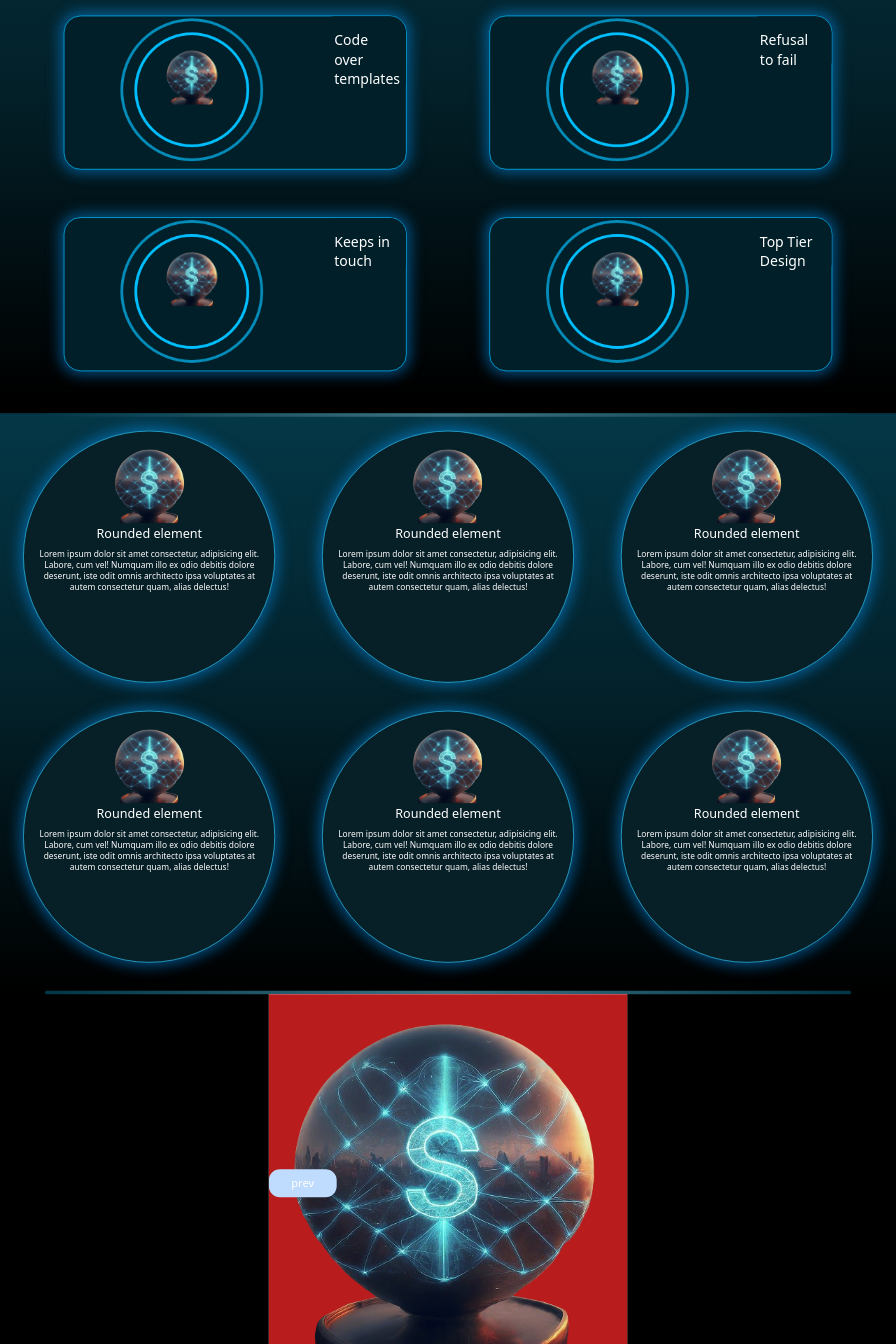
Repository: TMuse333/q3-desings2
Page: /
An editor plug-in stored every save of this project. The page is shown before and after the next save, followed by the edit.
The browser window is 1280 px wide. The pictures show the part of the page from y = 1046 to 2966 px (the page is 2966 px tall), at 70% of full size.
The project was rebuilt for these pictures with package versions that can differ from the ones it lists, and the page was loaded fresh each time. Also part of the build but not shown: vite.config.ts.

Above is the page before, as saved 2024-05-11 13:46:13.

### src/main.tsx
import React from 'react'
import ReactDOM from 'react-dom/client'
import App from './App.js'
import './index.css'
import {ContextProvider} from './context/context'

ReactDOM.createRoot(document.getElementById('root')!).render(
  <ContextProvider>
  <React.StrictMode>
    <App />
  </React.StrictMode>
  </ContextProvider>,
)

### src/App.tsx


import './App.css'

import Homepage from './components/homepage/homepage'

function App() {


  return (
    <>
<Homepage/>
    </>
  )
}

export default App

### src/index.css
@tailwind base;
@tailwind components;
@tailwind utilities;

#root{
    background-color: black;
    height:100vh;
}

body{
    background-color: black;
}

button{
    padding:0.5rem 2rem;
    background-color: black;
    color:white;
    border-radius: 1rem;
}

h1{
    color:white;
    font-size: 2rem;
}

p{
    color:white;
    /* font-size: 1.5rem; */
}

button{
    background-color: #00769e;
}

.glow {
    box-shadow: 0 0 20px 5px #3e7384;
    box-shadow: 0 0 20px 5px #003647;
box-shadow: 0 0 20px 5px rgba(2, 148, 245, 0.5);
}

.glow:hover{
    box-shadow: 0 0 40px 5px rgba(2, 148, 245, 0.5);
}

### src/context/context.tsx
import React, { createContext, useState, useContext, ReactNode, useEffect } from 'react';

// Define the type for the context value
interface GeneralContextType {
  textYPosition: number;
  setTextYPosition: React.Dispatch<React.SetStateAction<number>>;
  isMobile: boolean;
  setIsMobile: React.Dispatch<React.SetStateAction<boolean>>;
  setSecondCircleComplete:React.Dispatch<React.SetStateAction<boolean[]>>;
  secondCircleComplete: boolean[];
  isMobile2: boolean;
  setIsMobile2: React.Dispatch<React.SetStateAction<boolean>>;
  handleCircleComplete: (index: number, value: boolean) => void;
}

// Create the context
export const GeneralContext = createContext<GeneralContextType | undefined>(undefined);

// Create a provider component
export const ContextProvider: React.FC<{ children: ReactNode }> = ({ children }) => {
  // Initialize the value state
  const [textYPosition, setTextYPosition] = useState<number>(0);

  // Detect mobile devices
  const [isMobile, setIsMobile] = useState<boolean>(window.innerWidth <= 655);

  const [isMobile2, setIsMobile2] = useState<boolean>(window.innerWidth <= 655);

  const [secondCircleComplete, setSecondCircleComplete] = useState<boolean[]>(
    Array.from({ length: 7 }, () => false)
  );

  const handleCircleComplete = (index: number, value: boolean) => {
    setSecondCircleComplete((prev) => {
      const newState = [...prev]; // Create a copy of the previous state array
      newState[index] = value; // Update the value at the specified index
      return newState; // Return the new state array
    });
  };



  useEffect(() => {
    const handleScroll = () => {
      setIsMobile(window.innerWidth <= 655);
    };
    window.addEventListener('scroll', handleScroll);
    handleScroll();

    return () => {
      window.removeEventListener('scroll', handleScroll);
    };
  }, []);

  useEffect(() => {
    const handleScroll = () => {
      setIsMobile2(window.innerWidth <= 400);
    };
    window.addEventListener('scroll', handleScroll);
    handleScroll();

    return () => {
      window.removeEventListener('scroll', handleScroll);
    };
  }, []);

  useEffect(() => {
    console.log('is mobile', isMobile);
  }, [isMobile]);

  const contextValue = {
    textYPosition,
    setTextYPosition,
    isMobile,
    setIsMobile,
    secondCircleComplete,
    setSecondCircleComplete,
    isMobile2,
    setIsMobile2,
    handleCircleComplete
  };

  return <GeneralContext.Provider value={contextValue}>{children}</GeneralContext.Provider>;
};

export const useGeneralContext = (): GeneralContextType => {
  const context = useContext(GeneralContext);
  if (!context) {
    throw new Error('useGeneralContext must be used within a ContextProvider');
  }
  return context;
};

### src/App.css
#root {
  max-width: 1280px;
  margin: 0 auto;
  padding: 2rem;
  text-align: center;
}

.logo {
  height: 6em;
  padding: 1.5em;
  will-change: filter;
  transition: filter 300ms;
}
.logo:hover {
  filter: drop-shadow(0 0 2em #646cffaa);
}
.logo.react:hover {
  filter: drop-shadow(0 0 2em #61dafbaa);
}

.h1{
  color:red;
}

@keyframes logo-spin {
  from {
    transform: rotate(0deg);
  }
  to {
    transform: rotate(360deg);
  }
}

@media (prefers-reduced-motion: no-preference) {
  a:nth-of-type(2) .logo {
    animation: logo-spin infinite 20s linear;
  }
}

.card {
  padding: 2em;
}

.read-the-docs {
  color: #888;
}

### src/components/homepage/homepage.tsx
import React from "react";
import { CircleInfoGraphic } from "../circleInfographic/circleInfoGraphic";
import Content from "../content/content";
import q3 from '../../media/q3-visuals-logo-2.png'
import TextFormat from "../textFormat/textFormat";

// import { TextParallaxContentExample } from "../parallaxText/parallaxText";
import MultiLayerParallax from "../mountainParallax/mountainParallax";
import ParticlesComponent from "../particles/particles";
import nobgLaptop from '../../media/Gemini_Generated_Image_r055a1r055a1r055-removebg-preview.png'
import moneyBall from '../../media/futuristic-money-ball-removebg-preview.png'
import { description1 } from "../../data/data";
import AlternatingText from "../alternatingText/alternatingText";

import CircleList from "../circleListElement/circleList";
import Carousel from "../carousel/carousel";


const Homepage: React.FC = () => {

    const images = [
        moneyBall,
        nobgLaptop,
        q3
    ]


    // useEffect(() => {
    //     const loadTime = window.performance.timing.loadEventEnd - window.performance.timing.navigationStart;
    //     console.log('Page load time:', loadTime, 'milliseconds');
    // }, []);



    return (
        <section className="absolute top-0 left-0 w-screen">


            {/* <ParticlesComponent/> */}
            <MultiLayerParallax/>

            {/* <TextParallaxContentExample/> */}

            {/* <Content
            mainTitle='Your digital presence is important'
            image={nobgLaptop}
            customText={null}
            reverse={true}
            description={description1}
            floatingImage={true}
            hasAnimation={true}
            />

            <AlternatingText/>

            <Content
            mainTitle='Benefits of a website'
            image={moneyBall}
            customText={<TextFormat
            isAnimated={true}
            reverse={false}/>}
            reverse={false}
            description={null}
            floatingImage={true}
            hasAnimation={true}

            /> */}



<div className="relative bg-gradient-to-b from-[#043747] via-[#032029] to-transparent w-screen">
<CircleList/>
</div>

<div className="relative bg-gradient-to-b from-[#043747] via-[#032029] to-transparent w-screen">

<CircleInfoGraphic/>
</div>

{/* <div className="max-w-lg mr-auto ml-auto"> */}
<Carousel images={images}

/>
{/* </div> */}



        </section>
    )
}


export default Homepage

### src/components/circleInfographic/circleInfoGraphic.tsx
import React, {useState,useRef } from "react";
import ball from '../../media/futuristic-money-ball-removebg-preview.png'
import { motion,Variants} from 'framer-motion'
import useIntersectionObserver from "../intersectionObserver/intersectionObserver";
interface CircleProps {
    image:string
}

const CircleElement: React.FC<CircleProps> = ({image}) => {

    const [inView, setInView] = useState<boolean>(false)

    const options = {
        root: null,
        rootMargin: '-25px',
        threshold: 1,
    };

    // Apply intersection observer hook to detect when the component is in view
    const componentRef = useIntersectionObserver(setInView, options);

    const circleVariants:Variants =  {
        initial:{
            opacity:0,
            y:-60
        },
        animate:{
            opacity:1,
            y:0
        }
    }

    return (
        <motion.section
        ref={componentRef}
        variants={circleVariants}
        initial='initial'
        animate={inView ? 'animate' : 'initial'}
         className={`mt-5 mb-5
        rounded-full bg-[#071f26] hover:bg-[#0e3a47]
        mr-auto ml-auto transition-all
        h-[95vw] w-[95vw] border border-[#2dc0eb]
        flex flex-col  shadow-xl max-w-[360px]
        max-h-[360px]
        sm:w-[48vw] sm:h-[48vw]
        lg:w-[32vw] lg:h-[32vw]
        ${inView ? 'glow' : ''}`}>

            <div className="mt-4">
            <img className="w-[35vw]
            max-w-[115px] max-h-[115px] h-[35vw]
            sm:w-[10vw] sm:h-[10vw] object-cover
            mr-auto ml-auto"
            src={image}
            />
            <h1 className="text-3xl sm:text-lm lg:text-lg ">Rounded element</h1>
            <p className=" ml-auto mr-auto text-sm sm:text-xs pr-5 pl-5 pt-2">Lorem ipsum dolor sit amet consectetur, adipisicing elit. Labore, cum vel! Numquam illo ex odio debitis dolore deserunt, iste odit omnis architecto ipsa voluptates at autem consectetur quam, alias delectus!</p>
            </div>
        </motion.section>
    )
}


export const CircleInfoGraphic = () => {

    return (
        <>
          <div className="mt-5
        w-[90vw] h-[5px]
         bg-gradient-to-r from-[#003647] via-[#3e7384] to-[#003647]
        ml-auto mr-auto rounded-[200rem]
        ">

       </div>
        <section className={`flex
         justify-center flex-col items-center
          sm:grid sm:grid-cols-2 lg:grid-cols-3
           gap-4 lg:gap-0 w-screen max-w-[1500px]  ml-auto mr-auto
          `}>
            <CircleElement
            image={ball}/>
             <CircleElement
            image={ball}/>
                  <CircleElement
            image={ball}/>
             <CircleElement
            image={ball}/>
             <CircleElement
            image={ball}/>
                  <CircleElement
            image={ball}/>
        </section>
        <div className="mt-5
        w-[90vw] h-[5px]
         bg-gradient-to-r from-[#003647] via-[#3e7384] to-[#003647]
        ml-auto mr-auto rounded-[200rem]">

       </div>
       </>
    )
}

### src/components/mountainParallax/mountainParallax.tsx
import  { useRef } from "react";
import bottom from '../../media/bottom-mountain.png'

import full from '../../media/no-bg-mountain.png'
import q3 from '../../media/q3-words.png'
import { motion, useScroll, useTransform } from 'framer-motion'

export default function MultiLayerParallax() {
    const ref = useRef(null);
    const { scrollYProgress } = useScroll({
      target: ref,
      offset: ["start start", "end start"],
    });
    const backgroundY = useTransform(scrollYProgress, [0, 1], ["0%", "100%"]);
    const textY = useTransform(scrollYProgress, [0, 1], ["-20%", "200%"]);

    return (
      <div
        ref={ref}
        className="w-full h-screen overflow-hidden relative grid place-items-center"
      >
       {/* <motion.div className="z-10 relative"
         style={{ y: textY }}> */}
        <motion.img
style={{
    y:textY
}}
        src={q3}
          className="relative z-10 b"
        />
        {/* <motion.h1 className="relative z-10"
        style={{
            y:textY
        }}>
            slatry
        </motion.h1> */}


        <motion.p style={{
             y:textY
        }}
         className="text-white text-2xl relative z-10  mt-[-30rem] sm:-mt-[40rem]">Elevating Brands with discipline and creativity
         </motion.p>
         {/* </motion.div> */}


        <motion.div
          className="absolute inset-0 z-0"
          style={{
            backgroundImage: `url(${full})`,
            backgroundPosition: "bottom",
            backgroundSize: "cover",
            y: backgroundY,
          }}
        />
        <div
          className="absolute inset-0 z-20"
          style={{
            backgroundImage: `url(${bottom})`,
            backgroundPosition: "bottom",
            backgroundSize: "cover",
          }}
        />
      </div>
    );
  }

### src/components/circleListElement/circleList.tsx
import React, {useState} from "react";
import AppearingCircle from "../circleContent/appearingCircle";
import ball from '../../media/futuristic-money-ball-removebg-preview.png'
import {motion, Variants} from 'framer-motion'
import { useGeneralContext } from "../../context/context";
import laptop from '../../media/Gemini_Generated_Image_r055a1r055a1r055-removebg-preview.png'
import useIntersectionObserver from "../intersectionObserver/intersectionObserver";

interface CircleProps {
    image:string,
    title: string,
    description:string

    index:number
secondCircleComplete: boolean,
handleCircleComplete: (index: number, value: boolean) => void;
}

const CircleListElement: React.FC<CircleProps> = ({image,title, description,
    handleCircleComplete,secondCircleComplete,index
}) => {

    const [descriptionClicked, setDescriptionClicked] = useState<boolean>(false)

    function handleDescriptionClick() {
        setDescriptionClicked(!descriptionClicked)
    }





    const { isMobile }  = useGeneralContext()

    const headerVariants: Variants = {
        initial:{
            opacity:0,
            y: isMobile ? -20 : 0,
        },
        animate:{
            opacity:1,
            y:0,
            transition:{
                delay: 0.3
            }
        }

    }




    return (
        <div className=" relative flex glow justify-center  md:h-[220px]
        h-[220px] sm:h-[auto]
        md:flex-row w-[calc(100vw-5px)]  md:w-[40vw] sm2:w-[40vw] items-center sm:items-start mb-10 md:mt-3 bg-[#011f29]
        rounded-3xl max-w-[490px] ml-auto mr-auto border border-q-blue">
<AppearingCircle
secondCircleComplete={secondCircleComplete}
handleCircleComplete={handleCircleComplete}
image={image}
index={index}


/>
<section className="relative text-left pr-0 flex flex-col bg-[#011f29] rounded-3xl
h-auto min-h-0 max-h-full   items-center z-1">
<motion.h1
onClick={handleDescriptionClick}
variants={headerVariants}
initial={'initial'}
animate={secondCircleComplete ? 'animate' : 'initial'}
 className="text-white text-xl w-[80px]  ml-auto mr-auto mt-5
 "
>{title}
 </motion.h1>

<p className={`rounded-lg text-left mt-3 pl-3 pr-3 bg-blue-600 transition-height ease-in duration-300 bg-blue-800 ${descriptionClicked ? ' h-[220px] w-[125px] overflow-scroll pt-5 border-2 border-rose-500' : 'h-0 w-[125px]  overflow-hidden pt-0'}`}>
  {description}
</p>
</section>

        </div>
    )
}



const CircleList: React.FC = () => {

    const {secondCircleComplete, handleCircleComplete}
    = useGeneralContext()

    return (
        <>
        <h1>We get it done</h1>
 <section className="relative
         sm2:grid sm2:grid-cols-2 gap-4 max-w-[1200px] ml-auto
         mr-auto justify-center items-center
">
            {/* <div className="-translate-x-5"> */}
            <CircleListElement
            handleCircleComplete={handleCircleComplete}
            secondCircleComplete={secondCircleComplete[0]}
        index={0}
            image={ball}
            title='Absolute Tenacity'
            description='Be a man of your word'
            />
            {/* </div> */}
            <CircleListElement
            secondCircleComplete={secondCircleComplete[1]}
            handleCircleComplete={handleCircleComplete}
            index={1}
            image={laptop}

            title='Extreme Discipline'
            description='Gym. Code. Quantum Realm. Repeat'
            />

            <CircleListElement
            secondCircleComplete={secondCircleComplete[2]}
            handleCircleComplete={handleCircleComplete}
            index={2}
            image={ball}
            title='Code over templates'
            description='We are not template using pussies we write banging code'
            />

            <CircleListElement
            secondCircleComplete={secondCircleComplete[3]}
            handleCircleComplete={handleCircleComplete}
            index={3}
            image={ball}
            title='Refusal to fail'
            description='Gym. Code. Quantum Realm. Repeat'
            />

<CircleListElement
secondCircleComplete={secondCircleComplete[4]}
handleCircleComplete={handleCircleComplete}
index={4}
            image={ball}
            title='Keeps in touch'
            description='We are not template using pussies we write banging code'
            />

            <CircleListElement
            secondCircleComplete={secondCircleComplete[5]}
            handleCircleComplete={handleCircleComplete}
            index={5}
            image={ball}
            title='Top Tier Design'
            description='Gym. Code. Quantum Realm. Repeat'
            />



        </section>
        </>
    )
}

export default CircleList

### src/components/carousel/carousel.tsx
import React, {useState} from 'react'


interface CarouselProps {
    images:string[]
}


const Carousel:React.FC<CarouselProps> = ({images}) =>{

    const [imageIndex, setImageIndex] = useState<number>(0)

    return (
      <div className="max-w-lg mr-auto ml-auto">
        <section className='overflow-hidden relative bg-red-200  '>

            <div className='flex bg-red-700 relative w-[60vw]'>
                {images.map((image,index) => (
                    <img src={image}
                    key={index}
                    className='h-[500px]'
                    style={{
                        transform:`translateX(-${imageIndex * 100}%)`
                    }}
                    />
                ))}
                    <div className='absolute w-[100%]
                    flex flex-row justify-between
                    top-[50%]'>
                <button className='bg-blue-200'>
                    prev
                </button>
                <button className='bg-blue-200'>
                    next
                </button>
            </div>
            </div>



        </section>
        </div>
    )
}

export default Carousel

### src/components/intersectionObserver/intersectionObserver.tsx
import { useEffect, useRef, Dispatch, SetStateAction } from "react";

interface IntersectionObserverOptions {
  root: Element | null;
  rootMargin?: string;
  threshold?: number | number[];
}

const useIntersectionObserver = (
  setInView: Dispatch<SetStateAction<boolean>>,
  options: IntersectionObserverOptions
) => {
  const componentRef = useRef<HTMLDivElement>(null);

  useEffect(() => {
    const observer = new IntersectionObserver(([entry]) => {
      // Update the state based on whether the component is in view
      if (entry.isIntersecting) {
        setInView(true);
        observer.disconnect();
      }
    }, options);

    if (componentRef.current) {
      observer.observe(componentRef.current);
    }

    return () => {
      if (componentRef.current) {
        observer.unobserve(componentRef.current);
      }
    };
  }, [setInView, options]);

  return componentRef;
};

export default useIntersectionObserver;

Loaded but not shown: index.html (common file); tailwind.config.js (21 lines, source omitted); src/components/circleContent/appearingCircle.tsx (297 lines, source omitted)

After the next save:
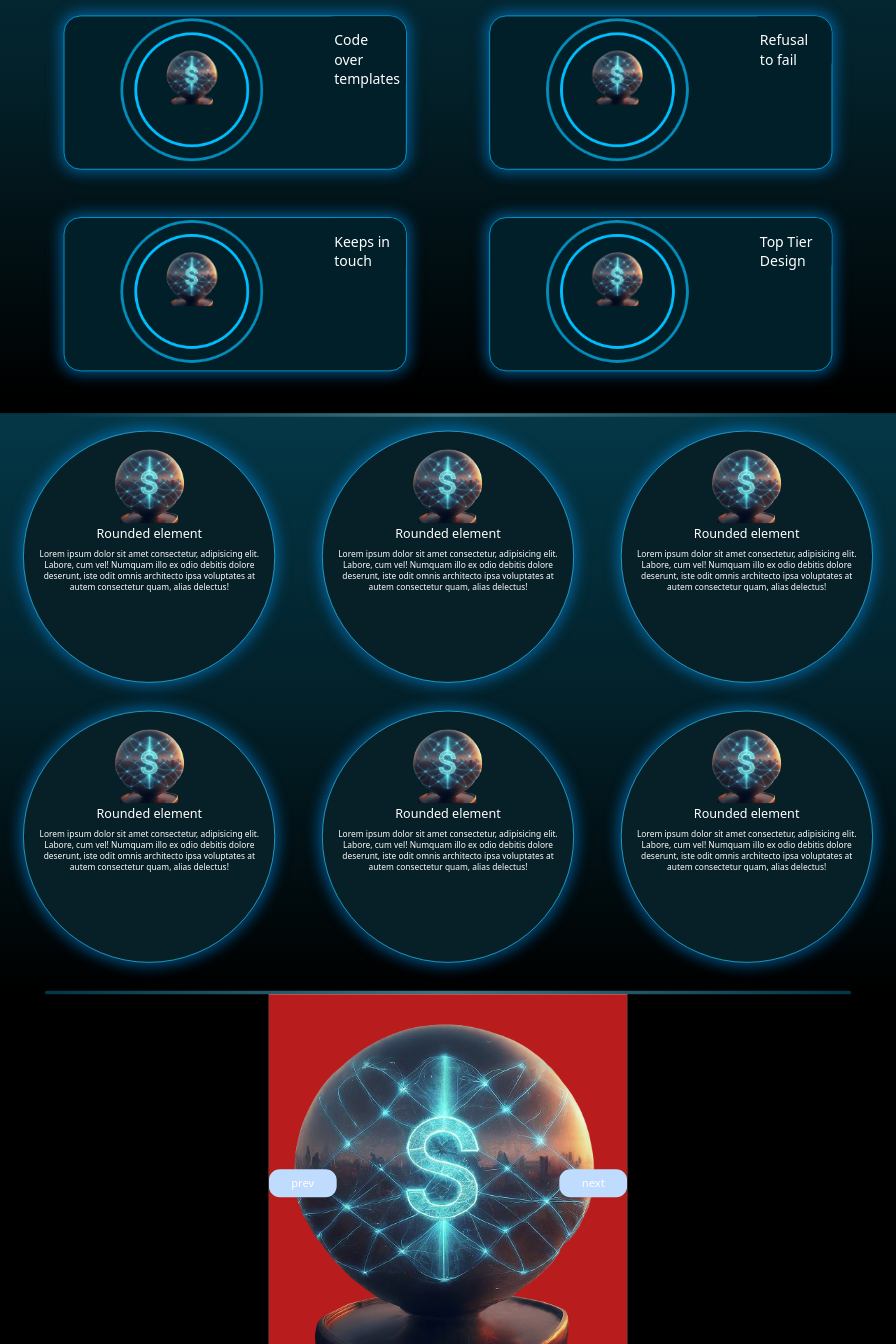
Saved 16 s later.
--- a/src/components/carousel/carousel.tsx
+++ b/src/components/carousel/carousel.tsx
@@ -14,7 +14,7 @@ const Carousel:React.FC<CarouselProps> = ({images}) =>{
       <div className="max-w-lg mr-auto ml-auto">
         <section className='overflow-hidden relative bg-red-200  '>
 
-            <div className='flex bg-red-700 relative w-[60vw]'>
+            <div className='flex bg-red-700 relative '>
                 {images.map((image,index) => (
                     <img src={image}
                     key={index}
